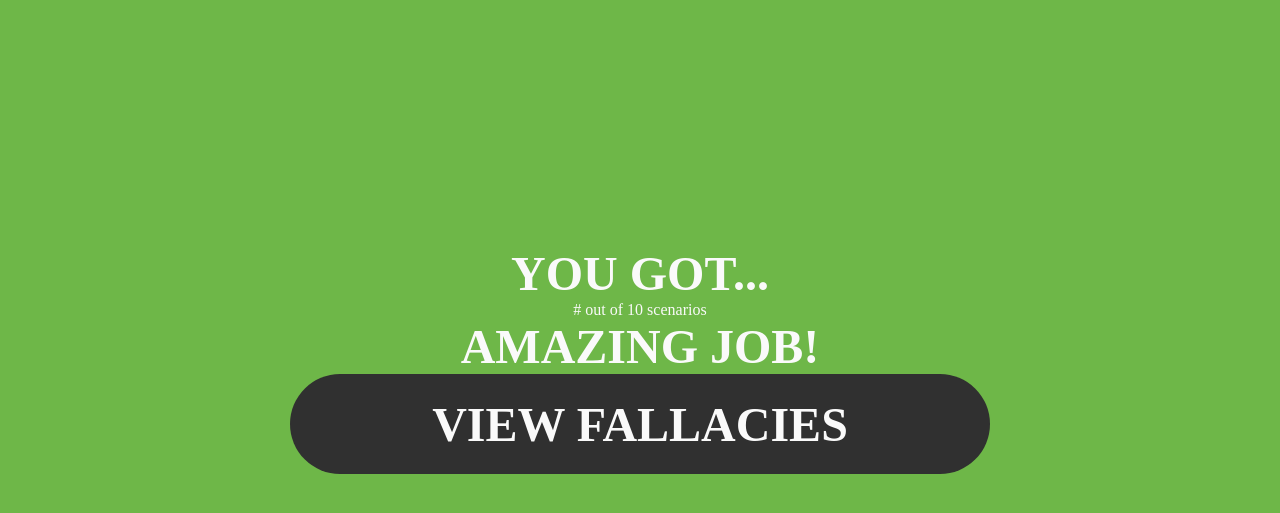
Repository: cindyvunguyen/fallacy
Page: index.html
These files come from the project's save history. The page is drawn as it stood at one moment and after the next save; the edit follows.
The browser window is 1280 px wide. The pictures show the whole page.
Some web fonts or font styles are not loaded; a fallback is used.

Above is the page before, as saved 2020-03-12 17:06:54.

### index.html
<!DOCTYPE html>
<html lang="en">
<head>
    <meta charset="UTF-8">
    <meta name="viewport" content="width=device-width, initial-scale=1.0">
    <title>FALLACIES</title>
    <link href="style.css" rel="stylesheet" type="text/css">
</head>
<body>
    <div id="app">

        <!-- CINDY START -->

        <div id="home-page"></div>

        <div id="lets-start-page"></div>

        <div id="question-page"></div>

        <!-- CINDY END -->

        <!-- SOPHIA START -->

        <div id="correct-page">
            <div id="icon"></div>
            <div id="cp-text1">HORRAY!</div>
            <div id="cp-a-outcome">
                <div id="cp-text2">You avoided the</div>
                <div id="cp-fallacy">BANDWAGON FALLACY</div>
                <div id="cp-text2">which is</div>
            </div>
            <div id="cp-definition">Listening to what is popular instead of listening to yourself.</div>
            <button class="white-button">NEXT QUESTION</button>
        </div>

        <div id="incorrect-page">
            <div id="icon"></div>
            <div id="cp-text1">OH NO!</div>
            <div id="cp-a-outcome">
                <div id="cp-text2">You committed the</div>
                <div id="cp-fallacy">BANDWAGON FALLACY</div>
                <div id="cp-text2">which is</div>
            </div>
            <div id="cp-definition">Listening to what is popular instead of listening to yourself.</div>
            <button class="white-button">NEXT QUESTION</button>
        </div>

        <!-- the two above pages technically have the same HTML. so you can only have 1 div and change the CSS through JS. it's entirely up to you. -->

        <div id="results-page">
            <div id="rp-message">YOU GOT...</div>
            <div id="rp-results"># out of 10 scenarios</div>
            <div id="rp-message">AMAZING JOB!</div>
            <button class="grey-button">VIEW FALLACIES</button>
        </div>

        <div id="game-over-page"></div>

        <!-- the two above pages technically have the same HTML, so you can only have 1 div and change the CSS through JS. it's entirely up to you. -->

        <!-- SOPHIA END -->

        <!-- CHLOE START -->

        <div id="review-page"></div>

        <div id="review2-page"></div>

        <div id="fallacy-review-page"></div>

        <div id="three-fallacies-page"></div>
        <!-- change the page's content with JS to show all three fallacies when clicked -->

        <!-- CHLOE END -->
        <script src="js.js"></script>
    </div>
</body>
</html>

### style.css
body {
    margin: 0;
}

#app {
    width: 100vw;
    height: 100vh;
    font-family: Visby;
    background-color: #468091;
    color: #FAFAFA;
}

@font-face {
    font-family: Visby;
    src: url(fonts/VisbyRoundCF-Regular.otf) format("woff");
}

@font-face {
    font-family: Visby;
    src: url(fonts/VisbyRoundCF-ExtraBold.otf) format("woff");
    font-weight: bold;
}

.pink-button {
    height: 100px;
    width: 700px;
    background-color: #ed2265;
    border: 0px;
    border-radius: 75px;
    font-family: Visby;
    font-weight: bold;
    font-size: 36pt;
    color: #FAFAFA;
    outline: 0;
}

.pink-button:active {
    background-color: #9c1542;
}

.white-button {
    height: 100px;
    width: 700px;
    background-color: #FAFAFA;
    border: 0px;
    border-radius: 75px;
    font-family: Visby;
    font-weight: bold;
    font-size: 36pt;
    color: #303030;
    outline: 0;
}

.white-button:active {
    background-color: #9e9e9e;
}

.grey-button {
    height: 100px;
    width: 700px;
    background-color: #303030;
    border: 0px;
    border-radius: 75px;
    font-family: Visby;
    font-weight: bold;
    font-size: 36pt;
    color: #FAFAFA;
    outline: 0;
}

.grey-button:active {
    background-color: #000000;
}

/* CINDY START */

/* CINDY END */

/* SOPHIA START */

/* correct page */
#correct-page {
    width: 100vw;
    height: 100vh;
    /* display: flex; */
    display: none;
    flex-direction: column;
    align-items: center;
    justify-content: center;
    background-color: #6eb748; /* incorrect, change to #860000*/
}

#icon {
    background-color: olive;
    width: 150px;
    height: 150px;
    border-radius: 50%;
}

#cp-text1 {
    font-size: 36pt;
    font-weight: bold;
    padding: 35px 0;
}

#cp-text2 {
    font-size: 16pt;
    font-weight: bold;
}

#cp-fallacy {
    font-size: 36pt;
    font-weight: bold;
}

#cp-definition {
    font-size: 16pt;
    line-height: 150px;
}

#cp-a-outcome {
    line-height: 60px;
    display: flex;
    flex-direction: column;
    align-items: center;
    justify-content: center;
}

/* icorrect page */
#incorrect-page {
    width: 100vw;
    height: 100vh;
    /* display: flex; */
    display: none;
    flex-direction: column;
    align-items: center;
    justify-content: center;
    background-color: #860000;
}

#incorrect-icon {
    background-color: olive;
    width: 150px;
    height: 150px;
    border-radius: 50%;
}

#ip-text1 {
    font-size: 36pt;
    font-weight: bold;
    padding: 35px 0;
}

#ip-text2 {
    font-size: 16pt;
    font-weight: bold;
}

#ip-fallacy {
    font-size: 36pt;
    font-weight: bold;
}

#ip-definition {
    font-size: 16pt;
    line-height: 150px;
}

#ip-a-outcome {
    line-height: 60px;
    display: flex;
    flex-direction: column;
    align-items: center;
    justify-content: center;
}

/* results page */
#results-page {
    width: 100vw;
    height: 100vh;
    display: flex;
    /* display: none; */
    flex-direction: column;
    align-items: center;
    justify-content: center;
    background-color: #6eb748; /* incorrect, change to #860000*/
}

#rp-message {
    font-size: 36pt;
    font-weight: bold;
}
/* SOPHIA END */

/* CHLOE START */

/* CHLOE END */

### js.js
// CINDY START

// CINDY END

// SOPHIA START

// SOPHIA END

// CHLOE START

// CHLOE END

After the next save:
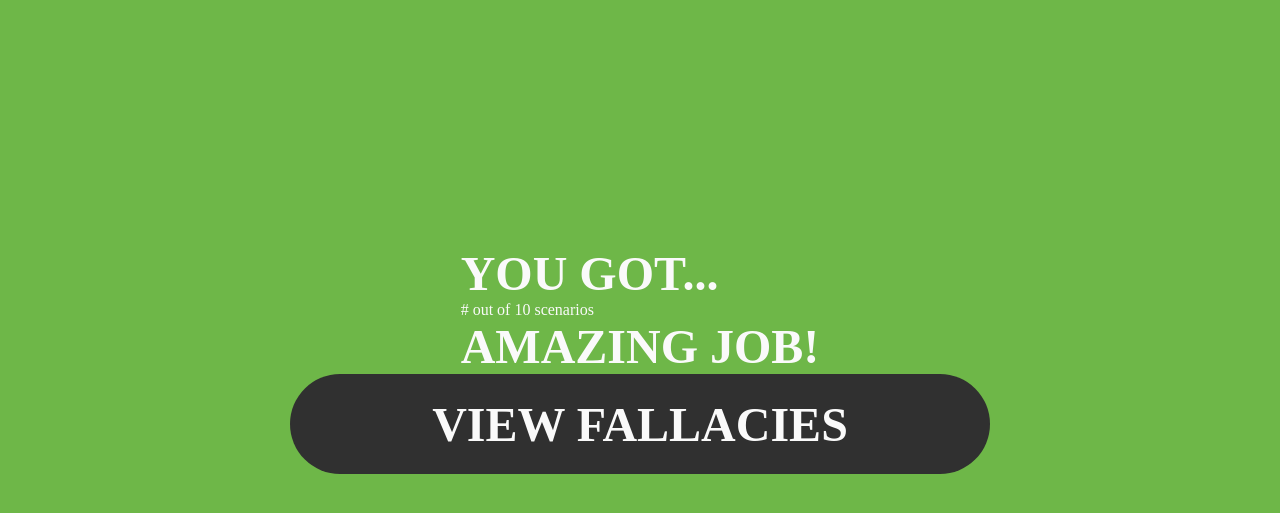
Saved 38 s later.
--- a/index.html
+++ b/index.html
@@ -48,9 +48,11 @@
         <!-- the two above pages technically have the same HTML. so you can only have 1 div and change the CSS through JS. it's entirely up to you. -->
 
         <div id="results-page">
-            <div id="rp-message">YOU GOT...</div>
-            <div id="rp-results"># out of 10 scenarios</div>
-            <div id="rp-message">AMAZING JOB!</div>
+            <div id="rp-text">
+                <div id="rp-message">YOU GOT...</div>
+                <div id="rp-results"># out of 10 scenarios</div>
+                <div id="rp-message">AMAZING JOB!</div>
+            </div>
             <button class="grey-button">VIEW FALLACIES</button>
         </div>
 
